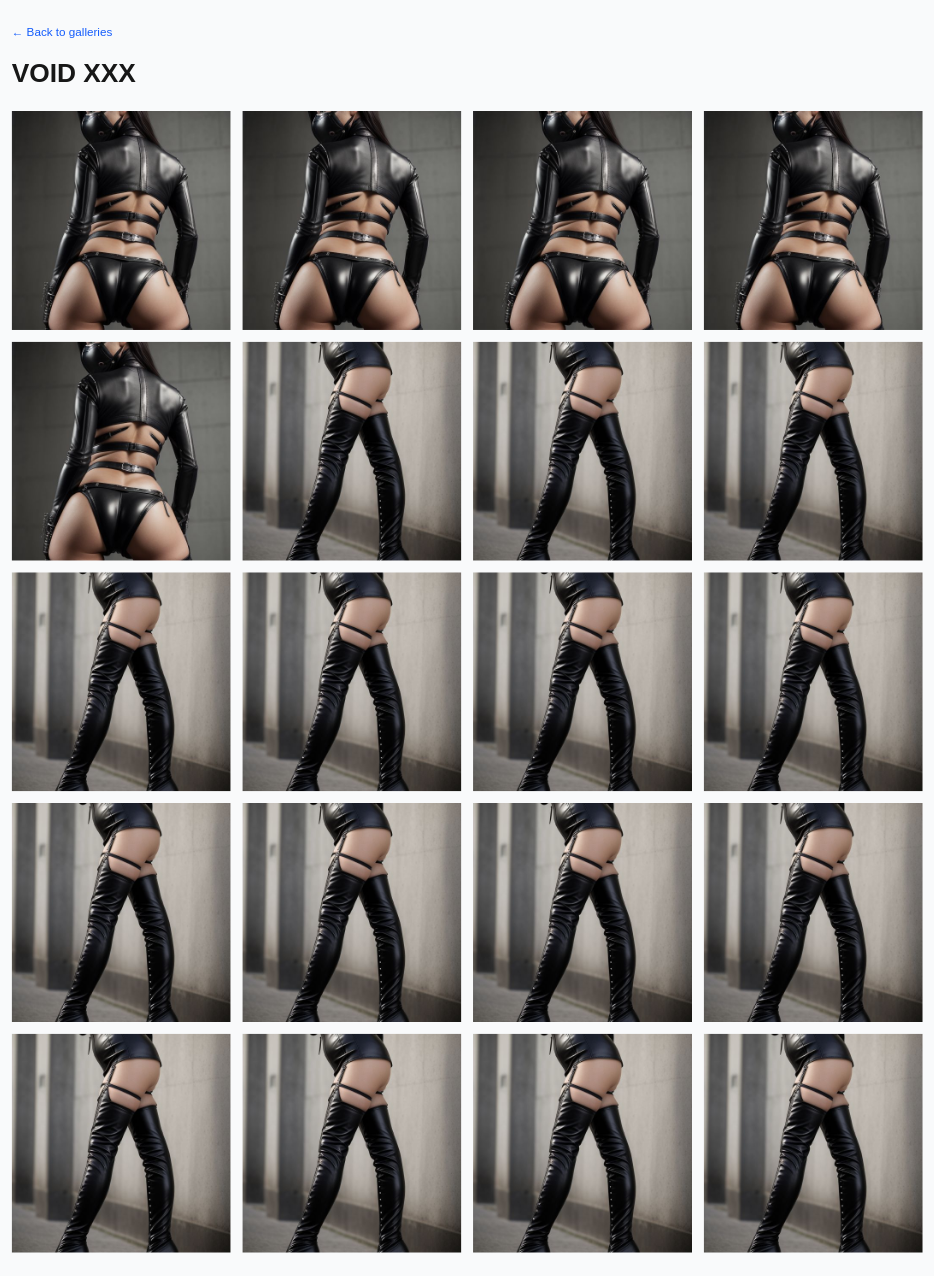
Repository: b0ase/missvoid2
Page: /gallery/void-xxx
These files come from the project's save history. The page is drawn as it stood at one moment and after the next save; the edit follows.
The browser window is 1280 px wide. The pictures show the whole page, at 73% of full size.
The project was rebuilt for these pictures with package versions that can differ from the ones it lists, and the page was loaded fresh each time. The framework's server and built-in components were replaced by stand-ins that run in the browser. Also part of the build but not shown: next.config.js.

Above is the page before, as saved 2025-04-11 09:50:35.

### src/app/gallery/layout.tsx
import type { Metadata } from "next";

export const metadata: Metadata = {
  title: "MISS VOID Gallery",
  description: "Gallery of MISS VOID images and collections",
};

export default function GalleryLayout({
  children,
}: {
  children: React.ReactNode;
}) {
  return (
    <div className="min-h-screen bg-gray-50 dark:bg-gray-900">
      {children}
    </div>
  );
}

### src/app/gallery/void-xxx/page.tsx
'use client';

import GalleryPage from '@/app/components/GalleryPage';

const images = [
  '/images/void-xxx/image-1.jpg',
  '/images/void-xxx/image-2.jpg',
  '/images/void-xxx/image-3.jpg',
  '/images/void-xxx/image-4.jpg',
  '/images/void-xxx/image-5.jpg',
  '/images/void-xxx/image-6.jpg',
  '/images/void-xxx/image-7.jpg',
  '/images/void-xxx/image-8.jpg',
  '/images/void-xxx/image-9.jpg',
  '/images/void-xxx/image-10.jpg',
  '/images/void-xxx/image-11.jpg',
  '/images/void-xxx/image-12.jpg',
  '/images/void-xxx/image-13.jpg',
  '/images/void-xxx/image-14.jpg',
  '/images/void-xxx/image-15.jpg',
  '/images/void-xxx/image-16.jpg',
  '/images/void-xxx/image-17.jpg',
  '/images/void-xxx/image-18.jpg',
  '/images/void-xxx/image-19.jpg',
  '/images/void-xxx/image-20.jpg',
];

export default function VoidXxxGallery() {
  return <GalleryPage images={images} title="VOID XXX" />;
}

### src/app/components/GalleryPage.tsx
"use client";

import { useState, useEffect } from 'react';
import Link from 'next/link';
import Image from 'next/image';
import { useSwipeable } from 'react-swipeable';

type GalleryPageProps = {
  title: string;
  images: string[];
};

export default function GalleryPage({ title, images }: GalleryPageProps) {
  const [selectedImage, setSelectedImage] = useState<string | null>(null);
  const [currentIndex, setCurrentIndex] = useState<number>(0);
  const [imageErrors, setImageErrors] = useState<Record<string, boolean>>({});

  const handleImageError = (imagePath: string) => {
    setImageErrors({
      ...imageErrors,
      [imagePath]: true
    });
  };

  // Filter out images that failed to load
  const validImages = images.filter(image => !imageErrors[image]);

  const handleImageClick = (image: string, index: number) => {
    setSelectedImage(image);
    setCurrentIndex(index);
  };

  const handleCloseModal = () => {
    setSelectedImage(null);
  };

  const handleNext = () => {
    if (currentIndex < images.length - 1) {
      setCurrentIndex(currentIndex + 1);
      setSelectedImage(images[currentIndex + 1]);
    }
  };

  const handlePrevious = () => {
    if (currentIndex > 0) {
      setCurrentIndex(currentIndex - 1);
      setSelectedImage(images[currentIndex - 1]);
    }
  };

  const swipeHandlers = useSwipeable({
    onSwipedLeft: () => handleNext(),
    onSwipedRight: () => handlePrevious(),
    trackMouse: true
  });

  // Handle keyboard navigation
  useEffect(() => {
    const handleKeyDown = (e: KeyboardEvent) => {
      if (selectedImage) {
        if (e.key === 'ArrowRight') {
          handleNext();
        } else if (e.key === 'ArrowLeft') {
          handlePrevious();
        } else if (e.key === 'Escape') {
          handleCloseModal();
        }
      }
    };

    window.addEventListener('keydown', handleKeyDown);
    return () => window.removeEventListener('keydown', handleKeyDown);
  }, [selectedImage, currentIndex]);

  return (
    <div className="container mx-auto px-4 py-8">
      <Link href="/" className="inline-block mb-6 text-blue-600 hover:text-blue-800">
        &larr; Back to galleries
      </Link>

      <h1 className="text-4xl font-bold mb-8">{title}</h1>

      <div className="grid grid-cols-1 sm:grid-cols-2 md:grid-cols-3 lg:grid-cols-4 gap-4">
        {images.map((image, index) => (
          !imageErrors[image] && (
            <div
              key={index}
              className="relative aspect-square cursor-pointer overflow-hidden group"
              onClick={() => handleImageClick(image, index)}
            >
              <Image
                src={image}
                alt={`Gallery image ${index + 1}`}
                fill
                className="object-cover transition-transform duration-300 group-hover:scale-110"
                sizes="(max-width: 768px) 100vw, (max-width: 1200px) 50vw, 33vw"
                onError={() => handleImageError(image)}
              />
            </div>
          )
        ))}
      </div>

      {/* Image Modal */}
      {selectedImage && (
        <div className="fixed inset-0 bg-black bg-opacity-90 flex items-center justify-center z-50">
          <div className="relative w-full h-full flex items-center justify-center" {...swipeHandlers}>
            <button
              onClick={handleCloseModal}
              className="absolute top-4 right-4 text-white text-2xl hover:text-gray-300"
            >
              ✕
            </button>

            <button
              onClick={handlePrevious}
              className="absolute left-4 text-white text-4xl hover:text-gray-300 z-10"
              disabled={currentIndex === 0}
            >
              ←
            </button>

            <div className="relative w-full h-full max-w-4xl max-h-[90vh]">
              <img
                src={selectedImage}
                alt="Selected gallery image"
                className="w-full h-full object-contain"
                onError={() => handleImageError(selectedImage)}
              />
            </div>

            <button
              onClick={handleNext}
              className="absolute right-4 text-white text-4xl hover:text-gray-300 z-10"
              disabled={currentIndex === images.length - 1}
            >
              →
            </button>

            <div className="absolute bottom-4 left-1/2 transform -translate-x-1/2 text-white">
              {currentIndex + 1} / {images.length}
            </div>
          </div>
        </div>
      )}
    </div>
  );
}

Loaded but not shown: src/app/layout.tsx (common file); src/app/globals.css (common file)

After the next save:
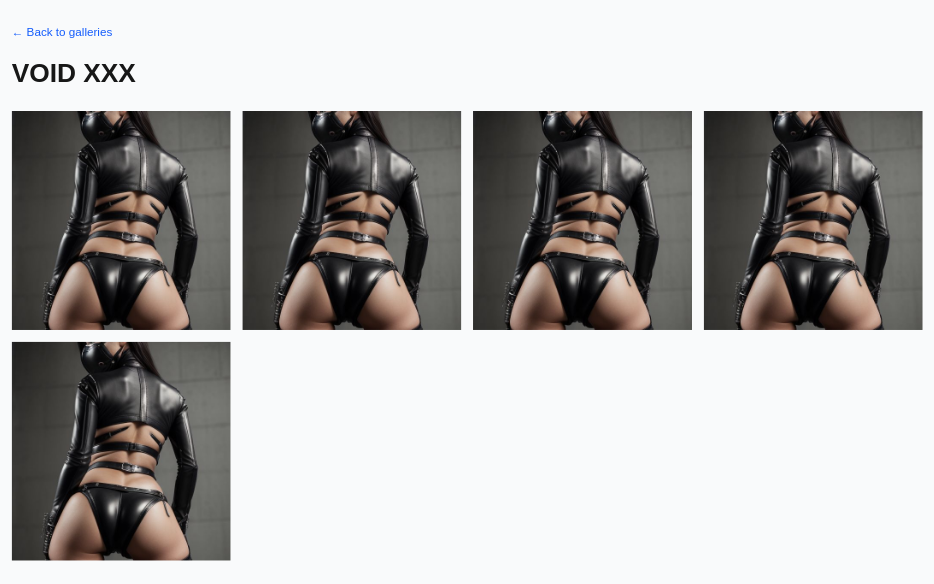
Saved 3 min 46 s later.
--- a/src/app/gallery/void-xxx/page.tsx
+++ b/src/app/gallery/void-xxx/page.tsx
@@ -8,21 +8,6 @@
   '/images/void-xxx/image-3.jpg',
   '/images/void-xxx/image-4.jpg',
   '/images/void-xxx/image-5.jpg',
-  '/images/void-xxx/image-6.jpg',
-  '/images/void-xxx/image-7.jpg',
-  '/images/void-xxx/image-8.jpg',
-  '/images/void-xxx/image-9.jpg',
-  '/images/void-xxx/image-10.jpg',
-  '/images/void-xxx/image-11.jpg',
-  '/images/void-xxx/image-12.jpg',
-  '/images/void-xxx/image-13.jpg',
-  '/images/void-xxx/image-14.jpg',
-  '/images/void-xxx/image-15.jpg',
-  '/images/void-xxx/image-16.jpg',
-  '/images/void-xxx/image-17.jpg',
-  '/images/void-xxx/image-18.jpg',
-  '/images/void-xxx/image-19.jpg',
-  '/images/void-xxx/image-20.jpg',
 ];
 
 export default function VoidXxxGallery() {
